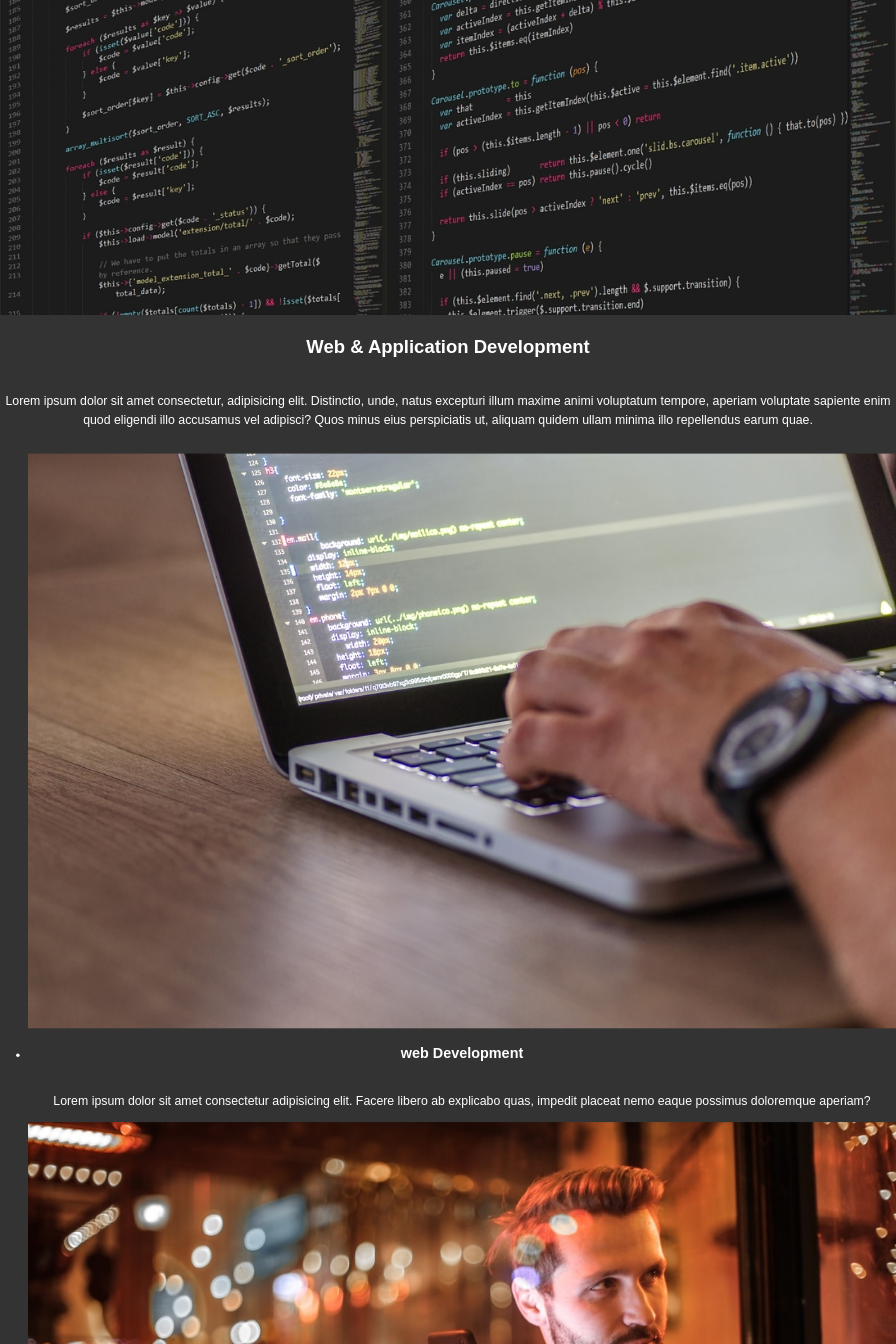
Repository: ErikBaer/MobileFirst
Page: index.html
The author's editor kept a copy of each file at every save. The page is drawn from the files as they stood at one save, then again after the next save.
The browser window is 1280 px wide. The pictures show the part of the page from y = 0 to 1920 px (the page is 4144 px tall), at 70% of full size.

Above is the page before, as saved 2020-02-15 02:55:22.

After the next save:
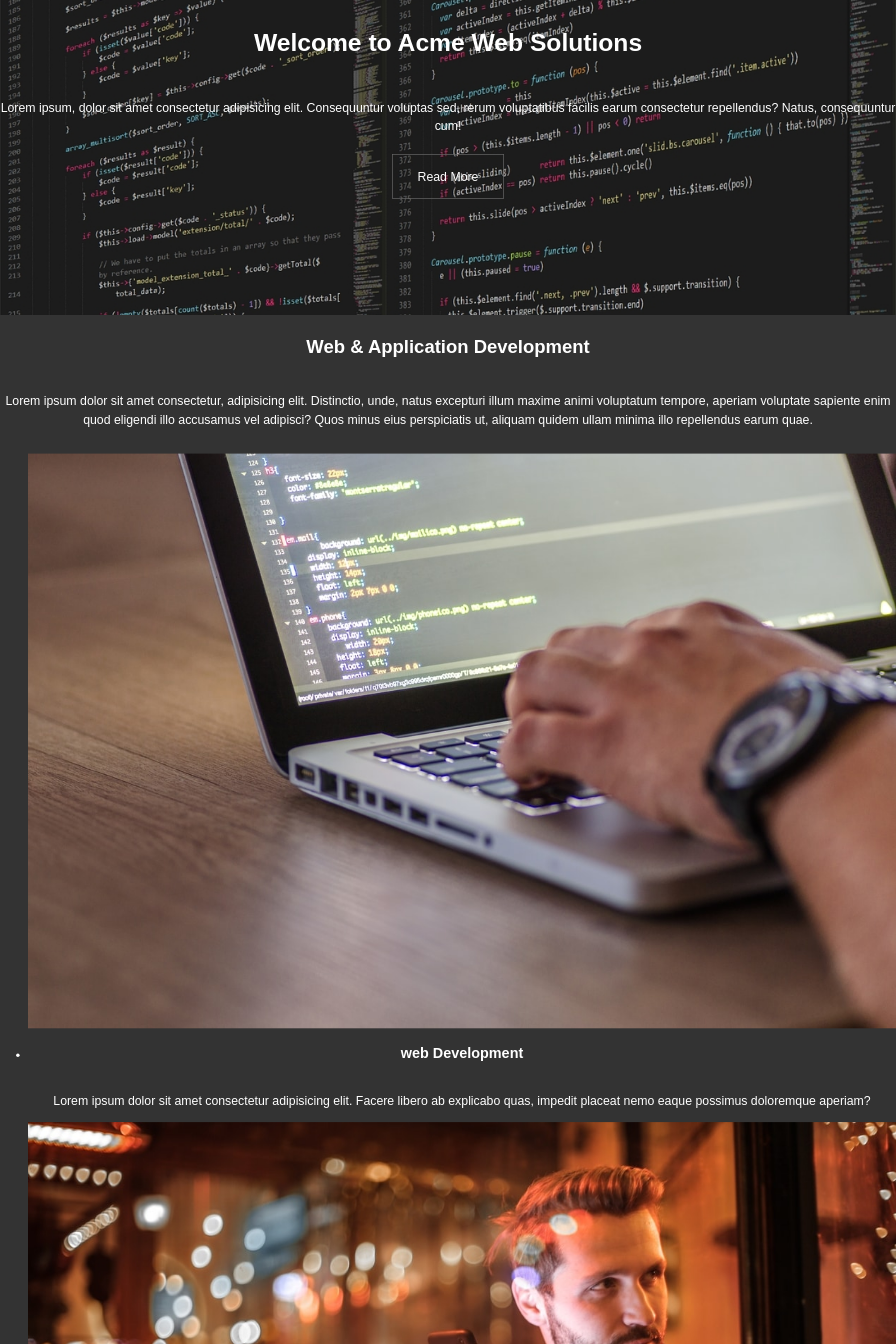
Saved 73 s later.
--- a/style.css
+++ b/style.css
@@ -55,4 +55,5 @@ p {
     background-size: cover;
     width: 100%;
     height: 450px;
+    z-index: -1;
 }
